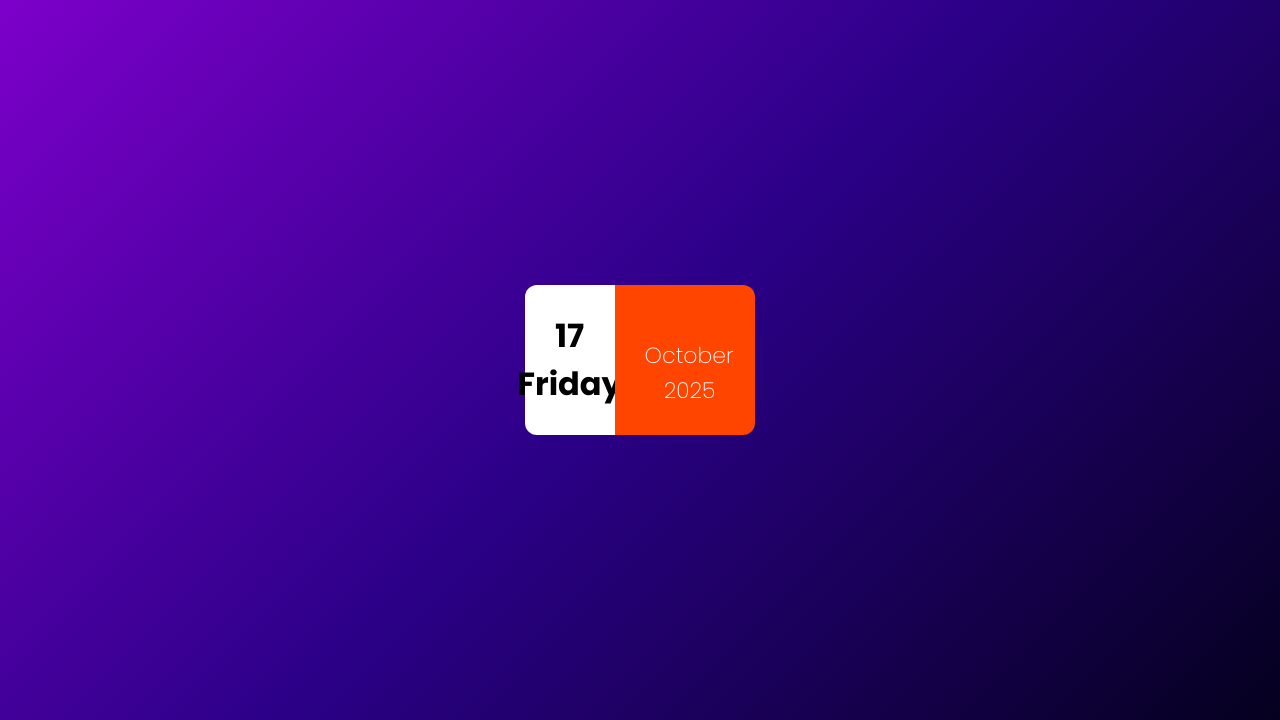
Repository: Ankitkr2021/Calendar
Page: index.html
These files come from the project's save history. The page is drawn as it stood at one moment and after the next save; the edit follows.
The browser window is 1280 px wide. The pictures show the whole page.

Above is the page before, as saved 2025-10-17 19:33:13.

After the next save:
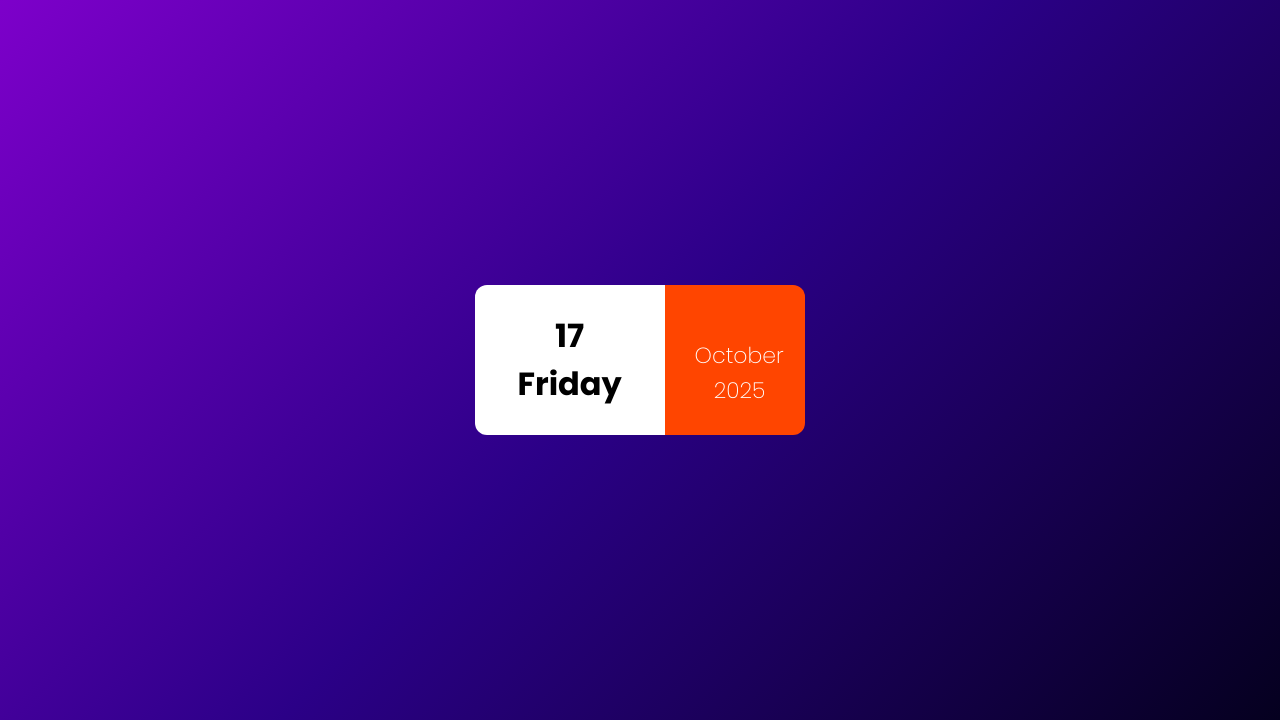
Saved 5 s later.
--- a/style.css
+++ b/style.css
@@ -20,7 +20,7 @@
     background: #fff;
     color: #000;
     height: 150px;
-    width: 90px;
+    width: 190px;
     display: flex;
     align-items: center;
     justify-content: center;
